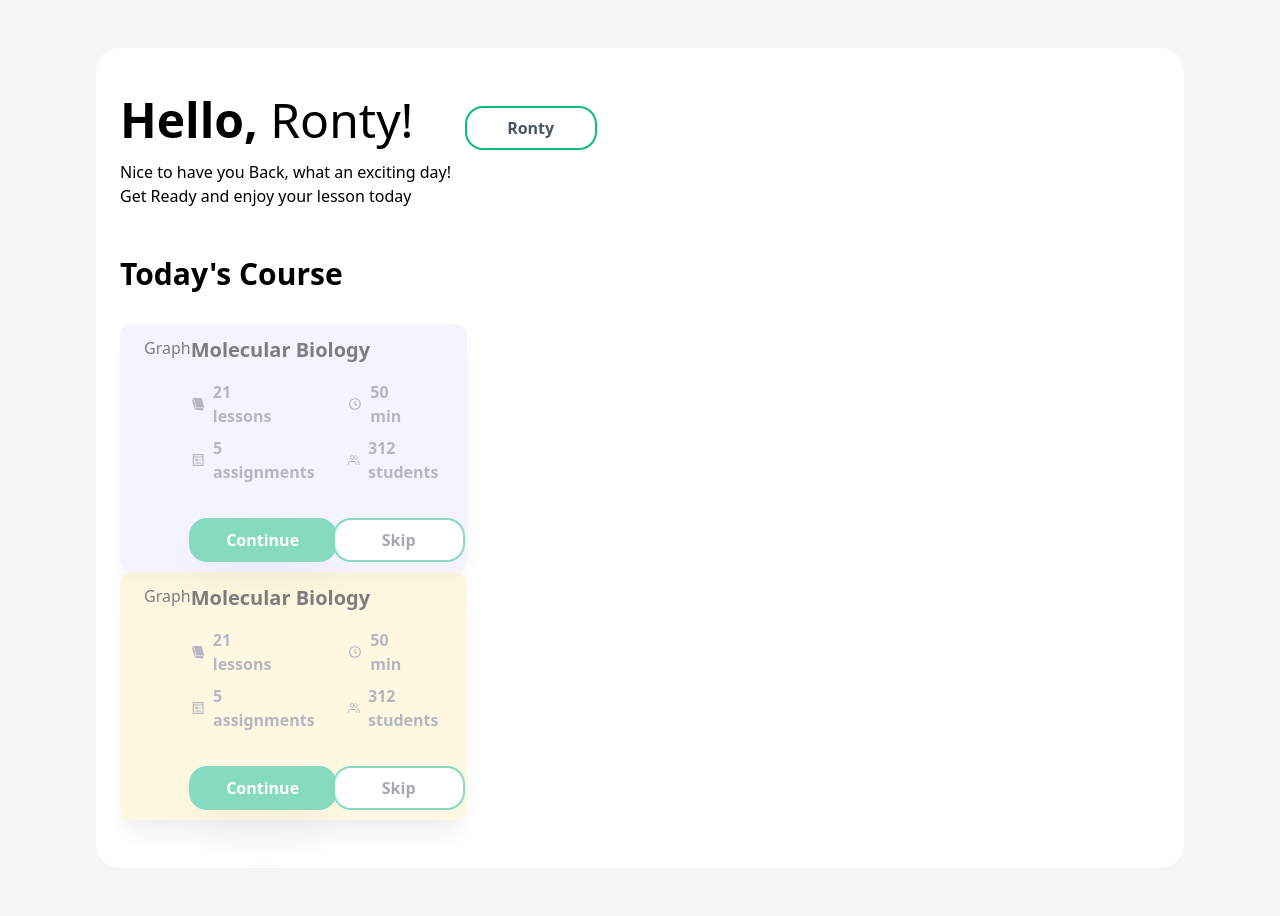
Repository: coolronts/Vite-Tailwind
Page: /
These files come from the project's save history. The page is drawn as it stood at one moment and after the next save; the edit follows.
The browser window is 1280 px wide. The pictures show the whole page.
The project was rebuilt for these pictures with package versions that can differ from the ones it lists, and the page was loaded fresh each time. Also part of the build but not shown: vite.config.js, src/components/Chart/index.jsx.

Above is the page before, as saved 2021-11-26 13:39:56.

After the next save:
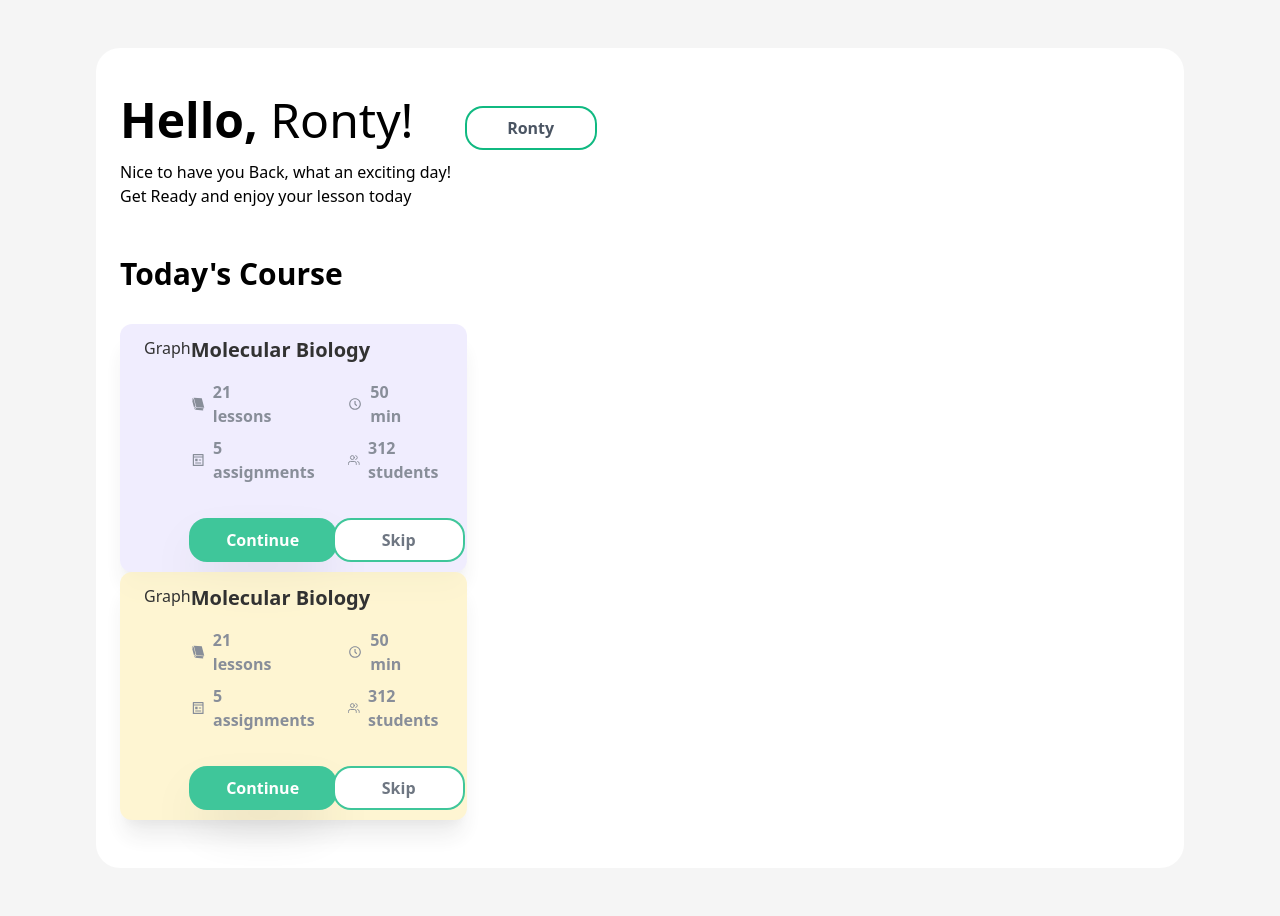
Saved 16 s later.
--- a/src/components/Card/index.jsx
+++ b/src/components/Card/index.jsx
@@ -2,7 +2,7 @@ import React from 'react'
 
 export const PrimaryCard =({children, color="purple"}) => {
   return (
-    <div className={`bg-${color}-100 py-3 px-6 rounded-xl shadow-xl opacity-50`}>
+    <div className={`bg-${color}-100 py-3 px-6 rounded-xl shadow-xl opacity-80`}>
       {children}
     </div>
   )
